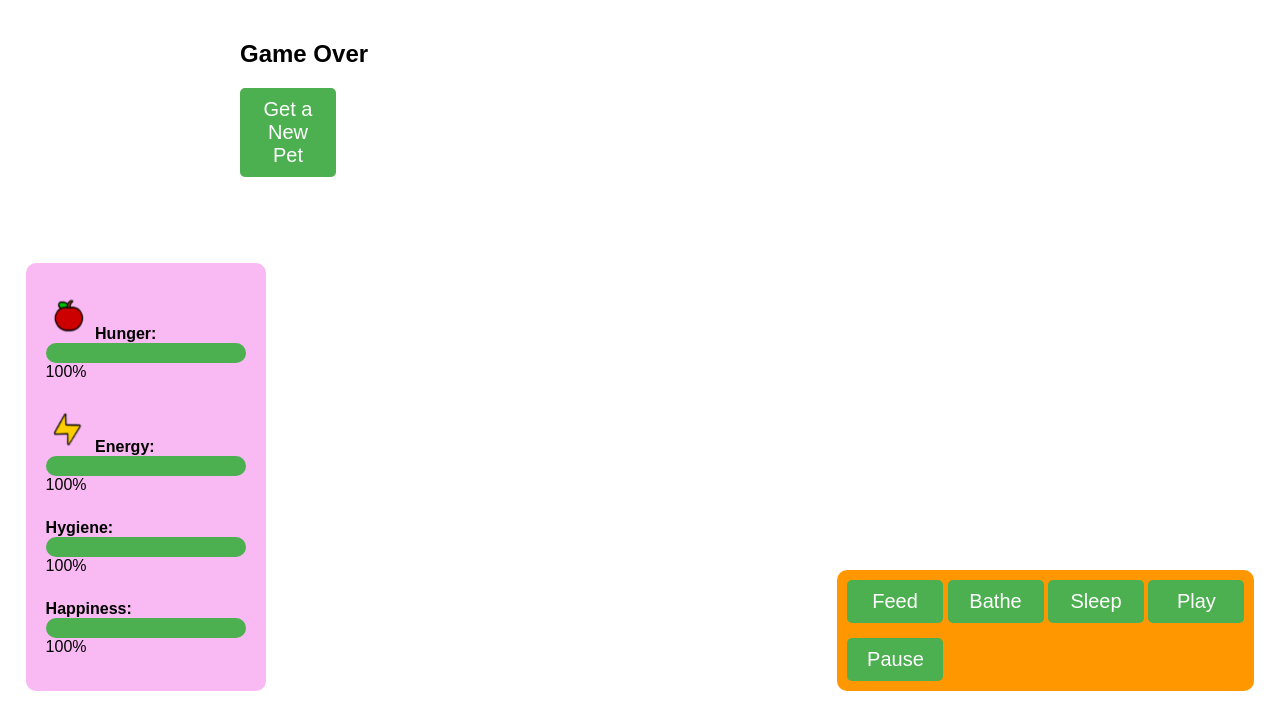
Repository: sarahjx/CapyCare
Page: html/index.html
An editor plug-in stored every save of this project. The page is shown before and after a run of saves, followed by the edit.
The browser window is 1280 px wide. The pictures show the whole page.
Some web fonts or font styles are not loaded; a fallback is used.

Above is the page before, as saved 2025-04-30 17:56:02.

### html/index.html
<!-- @format -->

<!DOCTYPE html>
<html lang="en">
  <head>
    <meta charset="UTF-8" />
    <meta name="viewport" content="width=device-width, initial-scale=1.0" />
    <title>Virtual Pet Game</title>
    <link rel="preconnect" href="https://fonts.googleapis.com">
    <link rel="preconnect" href="https://fonts.gstatic.com" crossorigin>
    <link href="https://fonts.googleapis.com/css2?family=McLaren&display=swap" rel="stylesheet">
    <link rel="stylesheet" href="../css/statusbar.css" />
  </head>
  <body>
    <div class="status-bar-container">

      <div class="status-bar">
        <span class="hunger-icon"><img src="../images/hunger.svg" alt="hunger icon"></span>
        <span class="status-label">Hunger:</span>
        <div class="status-progress">
          <div id="hunger-bar" class="status-fill" style="width: 100%"></div>
        </div>
        <span id="hunger-value">100%</span>
        <div id="hunger-warning" class="warning"></div>
      </div>

      <div class="status-bar">
        <span class="hunger-icon"><img src="../images/energy.svg" alt="hunger icon"></span>
        <span class="status-label">Energy:</span>
        <div class="status-progress">
          <div id="energy-bar" class="status-fill" style="width: 100%"></div>
        </div>
        <span id="energy-value">100%</span>
        <div id="energy-warning" class="warning"></div>
      </div>

      <div class="status-bar">
        <span class="status-label">Hygiene:</span>
        <div class="status-progress">
          <div id="hygiene-bar" class="status-fill" style="width: 100%"></div>
        </div>
        <span id="hygiene-value">100%</span>
        <div id="hygiene-warning" class="warning"></div>
      </div>

      <div class="status-bar">
        <span class="status-label">Happiness:</span>
        <div class="status-progress">
          <div id="happiness-bar" class="status-fill" style="width: 100%"></div>
        </div>
        <span id="happiness-value">100%</span>
        <div id="happiness-warning" class="warning"></div>
      </div>
    </div>

      <div class="action-buttons">
        <div>

        <button onclick="feedPet(currentPet)">Feed</button>
        <button onclick="bathePet(currentPet)">Bathe</button>
        <button onclick="bedtime(currentPet)">Sleep</button>
        <button onclick="touchPet(currentPet)">Play</button>
      </div>
      <button id="pauseButton" onclick="togglePause()" class="pause-button">
        Pause
      </button>
    </div>

    <div id="gameOverScreen" class="game-over-screen">
      <div class="game-over-content">
        <h2>Game Over</h2>
        <p id="gameOverMessage"></p>
        <button onclick="resetGame()">Get a New Pet</button>
      </div>
    </div>

    <script src="../backend/status.js"></script>
  </body>
</html>

### css/statusbar.css
:root {
  --primary-color: #F9D9D9;
  --secondary-color: #D9E7F9;
  --tertiary-color: #FFF1FB;
  --accent-color: #F7EFD7;
  --text-color: #333;
  --spacing-xs: 0.5rem;
  --spacing-sm: 0.75rem;
  --spacing-md: 1rem;
  --spacing-lg: 1.5rem;
  --spacing-xl: 2rem;
  --spacing-xxl: 3rem;
  --font-family: 'McLaren', sans-serif;
  --font-size-xs: 0.75rem;
  --font-size-sm: 0.875rem;
  --font-size-md: 1rem;
  --font-size-lg: 1.125rem;
  --font-size-xl: 1.25rem;
  --font-size-xxl: 1.5rem;
}

body {
  font-family: var(--font-family);
  font-weight: 10;
  max-width: 800px;
  margin: 0 auto;
  padding: 20px;
  background-color: #ffffff;
}

.status-bar-container {
  position: fixed;
  background-color: rgb(249, 185, 243);
  padding: 20px;
  border-radius: 10px;
  display: inline-flex;
  flex-direction: column;
  bottom: 4%;
  left: 2%;
}

.status-bar {
  margin: 10px 0;
}

.status-label {
  display: inline-block;
  width: 100px;
  font-weight: bold;
}

.status-progress {
  width: 200px;
  height: 20px;
  background-color: #eee;
  border-radius: 10px;
  overflow: hidden;
}

.status-fill {
  height: 100%;
  background-color: #4caf50;
  transition: width 0.3s ease;
}

.action-buttons {
  margin-top: 20px;
  display: inline-flex;
  flex-direction: column;
  padding: 10px;
  border-radius: 10px;
  gap: 15px;
  background-color: #ff9800;
  position: fixed;
  right: 2%;
  bottom: 4%;

}


button {
  padding: 10px 20px;
  border: none;
  border-radius: 5px;
  background-color: #4caf50;
  color: white;
  cursor: pointer;
  transition: background-color 0.3s;
  width: 6rem;
  font-family: var(--font-family);
  font-weight: 7pt;
  font-size: var(--font-size-xl);

}

button:hover {
  background-color: #45a049;
}

.warning {
  color: #ff9800;
  font-weight: bold;
  margin-top: 5px;
}

.critical {
  color: #f44336;
  font-weight: bold;
  margin-top: 5px;
}

### backend/status.js
/** @format */

function Personality(favFood, active, clean, clingy, foodLover, introText) {
  this.favFood = favFood;
  this.active = active;
  this.clean = clean;
  this.clingy = clingy;
  this.foodLover = foodLover;
  this.intro = introText;
}

const mix1 = new Personality(
  "Sunfruit",
  true,
  true,
  true,
  true,
  "This pet is energetic and playful, always ready to explore or play. They love the taste of Sunfruit and will happily eat it when offered, but they'll need constant attention, so expect lots of petting and cuddling. Despite their active nature, they stay clean and are easy to bathe. This pet loves affection and will return it in kind!"
);
const mix2 = new Personality(
  "Snakberry",
  true,
  true,
  false,
  true,
  "This pet is full of energy and loves to make the most of their days. They are particularly fond of Snakberries, which they will devour happily, but they tend to get hungry more often due to their high energy levels. Despite their active nature, they keep themselves clean and are easy to bathe. They're not overly clingy, so while they'll happily spend time with you, they won't be demanding affection constantly."
);
const mix3 = new Personality(
  "Dreamleaf",
  false,
  false,
  true,
  false,
  "This pet is laid-back and enjoys spending time with you, always seeking your company. They love Dreamleaf as a treat, but they're not particularly food-driven and don't get hungry as often. While they may get a little dirty from time to time, they tend to move around when you try to bathe them. Expect them to seek out your attention frequently, and be ready to shower them with love when they come to you for pets."
);

const personalities = [mix1, mix2, mix3];

// Global variable to store current pet
let currentPet = null;

// Store interval IDs globally
let hungerInterval = null;
let energyInterval = null;
let hygieneInterval = null;
let happinessInterval = null;

let isGameOver = false;

function getRandomPersonality() {
  const randomIndex = Math.floor(Math.random() * personalities.length);
  currentPet = personalities[randomIndex];
  console.log("New pet initialized:", currentPet.intro);
  return currentPet;
}

let hunger = 100;
let energy = 100;
let hygiene = 100;
let happiness = 100;

// Personality-based status decrease functions
function decreaseHunger() {
  if (!currentPet || isGameOver) return;

  // Food lovers get hungry faster
  const decreaseAmount = currentPet.foodLover ? 15 : 10;
  if (hunger <= 0) {
    hunger = 0;
    if (checkGameOver()) return;
  } else if (hunger > 0) {
    hunger -= decreaseAmount;
    if (checkGameOver()) return;
  }
  console.log("Hunger: " + hunger);
  warning();
}

function decreaseEnergy() {
  if (!currentPet || isGameOver) return;

  // Active pets lose energy faster
  const decreaseAmount = currentPet.active ? 15 : 10;
  if (energy <= 0) {
    energy = 0;
    if (checkGameOver()) return;
  } else if (energy > 0) {
    energy -= decreaseAmount;
    if (checkGameOver()) return;
  }
  console.log("Energy: " + energy);
  warning();
}

function decreaseHygiene() {
  if (!currentPet || isGameOver) return;

  // Clean pets lose hygiene slower
  const decreaseAmount = currentPet.clean ? 8 : 12;
  if (hygiene <= 0) {
    hygiene = 0;
    if (checkGameOver()) return;
  } else if (hygiene > 0) {
    hygiene -= decreaseAmount;
    if (checkGameOver()) return;
  }
  console.log("Hygiene: " + hygiene);
  warning();
}

function decreaseHappiness() {
  if (!currentPet || isGameOver) return;

  // Clingy pets lose happiness faster when not attended to
  const decreaseAmount = currentPet.clingy ? 15 : 10;
  if (happiness <= 0) {
    happiness = 0;
    if (checkGameOver()) return;
  } else if (happiness > 0) {
    happiness -= decreaseAmount;
    if (checkGameOver()) return;
  }
  console.log("Happiness: " + happiness);
  warning();
}

// Update intervals with personality-based timing
function updateIntervals() {
  // Clear any existing intervals
  if (hungerInterval) clearInterval(hungerInterval);
  if (energyInterval) clearInterval(energyInterval);
  if (hygieneInterval) clearInterval(hygieneInterval);
  if (happinessInterval) clearInterval(happinessInterval);

  // Set new intervals based on personality
  hungerInterval = setInterval(
    () => {
      decreaseHunger();
      warning();
    },
    currentPet.foodLover ? 6000 : 8000
  );

  energyInterval = setInterval(
    () => {
      decreaseEnergy();
      warning();
    },
    currentPet.active ? 8000 : 12000
  );

  hygieneInterval = setInterval(
    () => {
      decreaseHygiene();
      warning();
    },
    currentPet.clean ? 18000 : 15000
  );

  happinessInterval = setInterval(
    () => {
      decreaseHappiness();
      warning();
    },
    currentPet.clingy ? 8000 : 10000
  );

  console.log("Intervals updated for pet:", currentPet.intro);
}

// Pause game function
function pauseGame() {
  if (hungerInterval) clearInterval(hungerInterval);
  if (energyInterval) clearInterval(energyInterval);
  if (hygieneInterval) clearInterval(hygieneInterval);
  if (happinessInterval) clearInterval(happinessInterval);
  console.log("Game paused");
}

// Resume game function
function resumeGame() {
  updateIntervals();
  console.log("Game resumed");
}

// Initialize with a random pet and start intervals
currentPet = getRandomPersonality();
updateIntervals();

function touchPet(personality) {
  if (personality.clingy) {
    gainStatus("happiness");
    console.log("Your pet loves the attention!");
  } else {
    loseStatus("happiness");
    console.log("Your pet prefers their space.");
  }
}

function feedPet(personality) {
  gainStatus("hunger"); // Always increase hunger
  if (personality.foodLover) {
    gainStatus("happiness");
    console.log("Your pet loves the food!");
  } else {
    loseStatus("happiness");
    console.log("Your pet isn't very interested in food.");
  }
}

function bathePet(personality) {
  gainStatus("hygiene"); // Always increase hygiene
  if (personality.clean) {
    gainStatus("happiness");
    console.log("Your pet enjoys being clean!");
  } else {
    loseStatus("happiness");
    console.log("Your pet doesn't like baths.");
  }
}

function bedtime(personality) {
  gainStatus("energy"); // Always increase energy
  if (personality.active) {
    loseStatus("happiness");
    console.log("Your pet is too energetic to sleep!");
  } else {
    gainStatus("happiness");
    console.log("Your pet enjoys resting.");
  }
}

function gainStatus(category) {
  switch (category) {
    case "hunger":
      if (hunger >= 100) {
        console.log("Hunger is full!");
      } else if (hunger < 100) {
        hunger += 10;
        console.log("Hunger: " + hunger);
      }
      break;
    case "energy":
      if (energy >= 100) {
        console.log("Energy is full!");
      } else if (energy < 100) {
        energy += 10;
        console.log("Energy: " + energy);
      }
      break;
    case "hygiene":
      if (hygiene >= 100) {
        console.log("Hygiene is full!");
      } else if (hygiene < 100) {
        hygiene += 10;
        console.log("Hygiene: " + hygiene);
      }
      break;
    case "happiness":
      if (happiness >= 100) {
        console.log("Happiness is full!");
      } else if (happiness < 100) {
        happiness += 10;
        console.log("Happiness: " + happiness);
      }
      break;
    default:
      console.log("Invalid category");
  }
}

function loseStatus(category) {
  switch (category) {
    case "hunger":
      if (hunger <= 0) {
        console.log("Hunger is empty!");
        hunger = 0;
      } else if (hunger > 0) {
        hunger -= 10;
        console.log("Hunger: " + hunger);
      }
      break;
    case "energy":
      if (energy <= 0) {
        console.log("Energy is empty!");
        energy = 0;
      } else if (energy > 0) {
        energy -= 10;
        console.log("Energy: " + energy);
      }
      break;
    case "hygiene":
      if (hygiene <= 0) {
        console.log("Hygiene is empty!");
        hygiene = 0;
      } else if (hygiene > 0) {
        hygiene -= 10;
        console.log("Hygiene: " + hygiene);
      }
      break;
    case "happiness":
      if (happiness <= 0) {
        console.log("Happiness is empty!");
        happiness = 0;
      } else if (happiness > 0) {
        happiness -= 10;
        console.log("Happiness: " + happiness);
      }
      break;
    default:
      console.log("Invalid category");
  }
}

function warning() {
  // Hunger warnings
  if (hunger <= 50 && hunger > 20) {
    document.getElementById("hunger-warning").textContent =
      "Your pet is getting hungry!";
    document.getElementById("hunger-warning").className = "warning";
  } else if (hunger <= 20 && hunger > 0) {
    document.getElementById("hunger-warning").textContent =
      "Your pet is starving!";
    document.getElementById("hunger-warning").className = "critical";
  } else {
    document.getElementById("hunger-warning").textContent = "";
  }

  // Energy warnings
  if (energy <= 50 && energy > 20) {
    document.getElementById("energy-warning").textContent =
      "Your pet is getting tired!";
    document.getElementById("energy-warning").className = "warning";
  } else if (energy <= 20 && energy > 0) {
    document.getElementById("energy-warning").textContent =
      "Your pet is exhausted!";
    document.getElementById("energy-warning").className = "critical";
  } else {
    document.getElementById("energy-warning").textContent = "";
  }

  // Hygiene warnings
  if (hygiene <= 50 && hygiene > 20) {
    document.getElementById("hygiene-warning").textContent =
      "Your pet needs a bath!";
    document.getElementById("hygiene-warning").className = "warning";
  } else if (hygiene <= 20 && hygiene > 0) {
    document.getElementById("hygiene-warning").textContent =
      "Your pet is filthy!";
    document.getElementById("hygiene-warning").className = "critical";
  } else {
    document.getElementById("hygiene-warning").textContent = "";
  }

  // Happiness warnings
  if (happiness <= 50 && happiness > 20) {
    document.getElementById("happiness-warning").textContent =
      "Your pet is getting sad!";
    document.getElementById("happiness-warning").className = "warning";
  } else if (happiness <= 20 && happiness > 0) {
    document.getElementById("happiness-warning").textContent =
      "Your pet is depressed!";
    document.getElementById("happiness-warning").className = "critical";
  } else {
    document.getElementById("happiness-warning").textContent = "";
  }
}

function checkGameOver() {
  if (hunger <= 0 || energy <= 0 || hygiene <= 0 || happiness <= 0) {
    isGameOver = true;
    pauseGame();
    showGameOver();
    return true;
  }
  return false;
}

function showGameOver() {
  let reason = "";
  if (hunger <= 0) reason = "Your pet starved to death!";
  else if (energy <= 0) reason = "Your pet died from exhaustion!";
  else if (hygiene <= 0) reason = "Your pet died from poor hygiene!";
  else if (happiness <= 0) reason = "Your pet died from sadness!";

  console.log("GAME OVER: " + reason);
  document.getElementById("gameOverMessage").textContent = reason;
  document.getElementById("gameOverScreen").style.display = "flex";
}

function resetGame() {
  isGameOver = false;
  hunger = 70;
  energy = 70;
  hygiene = 70;
  happiness = 70;
  document.getElementById("gameOverScreen").style.display = "none";
  currentPet = getRandomPersonality();
  updateStatusBars();
  updateIntervals();
}

let isPaused = false;

      function togglePause() {
        isPaused = !isPaused;
        const pauseButton = document.getElementById("pauseButton");
        const buttons = document.querySelectorAll(
          ".buttons button:not(#pauseButton)"
        );

        if (isPaused) {
          pauseButton.textContent = "Resume";
          pauseButton.classList.add("paused");
          buttons.forEach((button) => (button.disabled = true));
          pauseGame();
        } else {
          pauseButton.textContent = "Pause";
          pauseButton.classList.remove("paused");
          buttons.forEach((button) => (button.disabled = false));
          resumeGame();
        }
      }

      // Update status bars
      function updateStatusBars() {
        document.getElementById("hunger-bar").style.width = hunger + "%";
        document.getElementById("energy-bar").style.width = energy + "%";
        document.getElementById("hygiene-bar").style.width = hygiene + "%";
        document.getElementById("happiness-bar").style.width = happiness + "%";

        document.getElementById("hunger-value").textContent = hunger + "%";
        document.getElementById("energy-value").textContent = energy + "%";
        document.getElementById("hygiene-value").textContent = hygiene + "%";
        document.getElementById("happiness-value").textContent =
          happiness + "%";
      }

      // Override console.log to update UI
      const originalConsoleLog = console.log;
      console.log = function () {
        originalConsoleLog.apply(console, arguments);
        updateStatusBars();
      };

      // Initial update
      updateStatusBars();

After the next 2 saves:
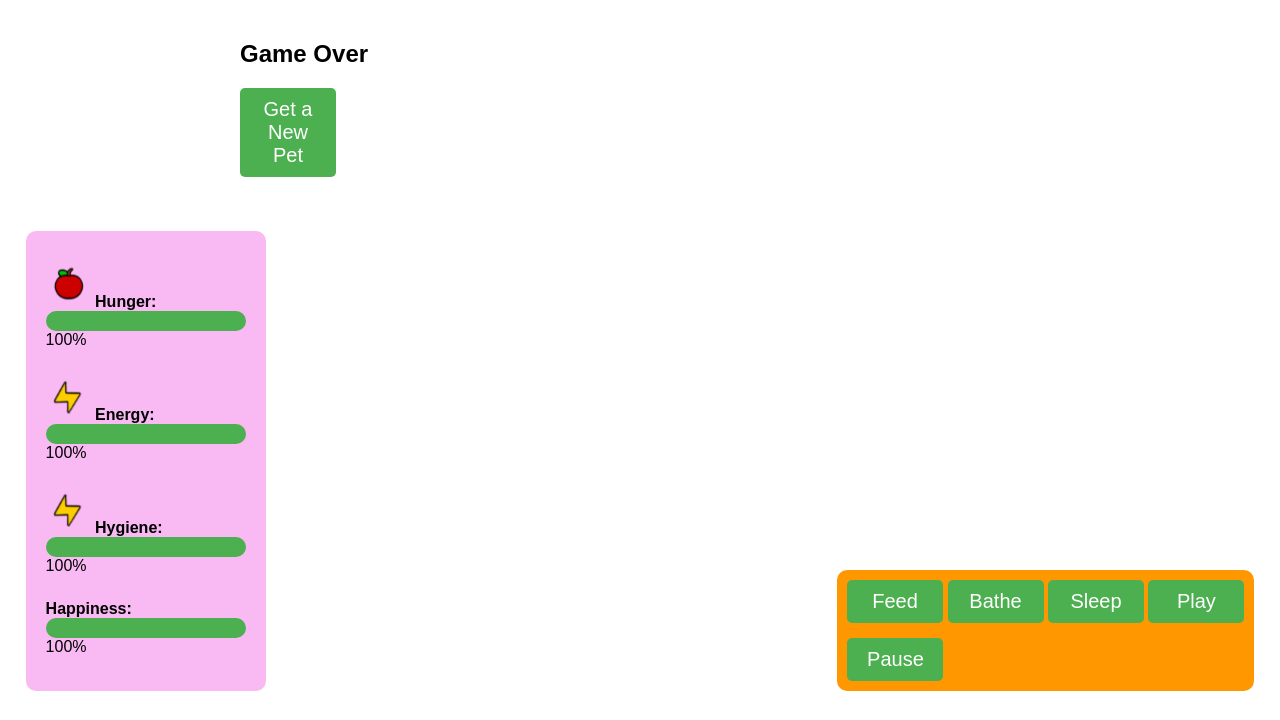
The 2 saves are shown as one change because they came seconds apart.
The last was saved 9 s later.
--- a/html/index.html
+++ b/html/index.html
@@ -35,6 +35,7 @@
       </div>
 
       <div class="status-bar">
+        <span class="hunger-icon"><img src="../images/energy.svg" alt="hunger icon"></span>
         <span class="status-label">Hygiene:</span>
         <div class="status-progress">
           <div id="hygiene-bar" class="status-fill" style="width: 100%"></div>
@@ -55,6 +56,7 @@
 
       <div class="action-buttons">
         <div>
+
 
         <button onclick="feedPet(currentPet)">Feed</button>
         <button onclick="bathePet(currentPet)">Bathe</button>
